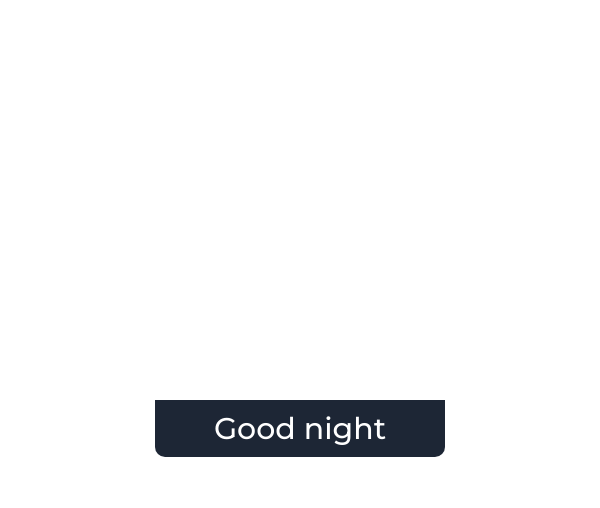
Repository: brian99na/HomePage
Page: /
These files come from the project's save history. The page is drawn as it stood at one moment and after the next save; the edit follows.
The browser window is 600 px wide. The pictures show the whole page.
The page's requests for data from a server got no answer. The project was rebuilt for these pictures with package versions that can differ from the ones it lists, and the page was loaded fresh each time. No one was signed in, and anything a server would have sent is missing.

Above is the page before, as saved 2021-11-21 22:43:36.

After the next save:
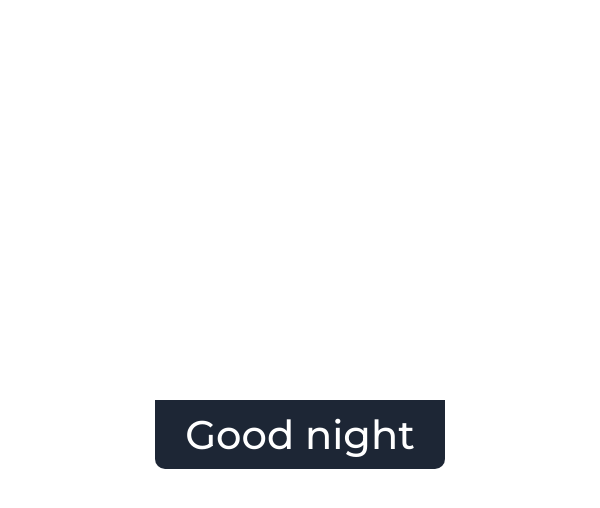
Saved 4 s later.
--- a/src/App.css
+++ b/src/App.css
@@ -102,7 +102,7 @@ a:hover {
 
 @media only screen and (max-width: 700px) {
   .titleUpper h1 {
-    font-size: 30px;
+    font-size: 40px;
     padding: 10px;
   }
 
